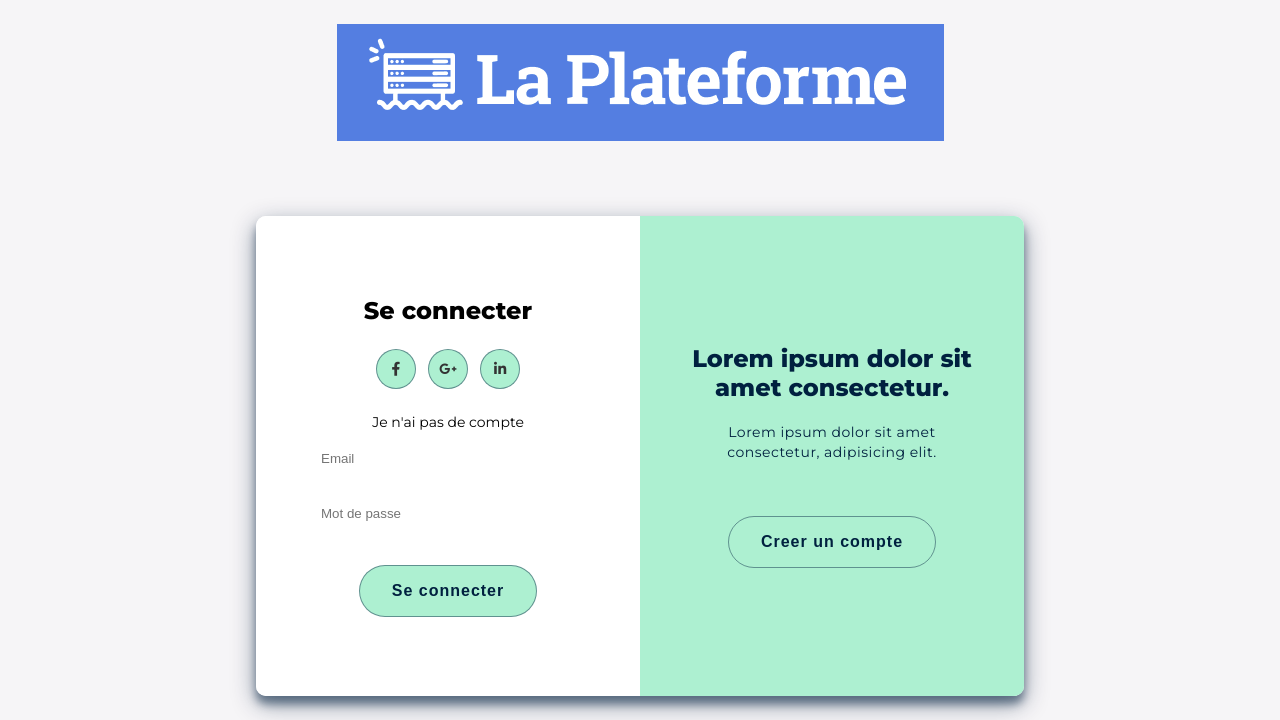
Repository: karim-sebih/runtrackJs
Page: bigjob/index.html
These files come from the project's save history. The page is drawn as it stood at one moment and after a run of saves; the edit follows.
The browser window is 1280 px wide. The pictures show the whole page.
Some web libraries are served in a nearby version.

Above is the page before, as saved 2025-03-20 11:54:07.
Console error: TypeError: Cannot read properties of null (reading 'addEventListener')

### bigjob/index.html
<!DOCTYPE html>
<html lang="fr">

<head>
	<meta charset="utf-8" />
	<title>formulaire</title>
	<link rel="stylesheet" href="./Css/index.css" />
	<link rel="stylesheet" href="https://cdnjs.cloudflare.com/ajax/libs/font-awesome/5.14.0/css/all.min.css" />
</head>

<body>
    <div class="logo" >

        <img src="/asset/logo-laplateforme-2024.png" alt="logo laplateforme">
    </div>
	<div class="container" id="container">
		<div class="form-container sign-up-container">
			<form action="#">
				<h1>Creer un compte</h1>
				<div class="social-container">
					<a href="#"><i class="fab fa-facebook-f"></i></a>
					<a href="#"><i class="fab fa-google-plus-g"></i></a>
					<a href="#"><i class="fab fa-linkedin-in"></i></a>
				</div>
				<span>Utiliser compte gmail</span>
				<input type="text" placeholder="Nom">
				<input type="email" placeholder="Email">
				<input type="password" placeholder="Mot de passe">
				<button>Creer le compte</button>
			</form>
		</div>
		<div class="form-container login-container">
			<form action="#">
				<h1>Se connecter</h1>
				<div class="social-container">
					<a href="#"><i class="fab fa-facebook-f"></i></a>
					<a href="#"><i class="fab fa-google-plus-g"></i></a>
					<a href="#"><i class="fab fa-linkedin-in"></i></a>
				</div>
				<span>Je n'ai pas de compte</span>
				<input type="email" placeholder="Email">
				<input type="password" placeholder="Mot de passe">
				<button>Se connecter</button>
			</form>
		</div>

		<div class="overlay-container">
			<div class="overlay">
				<div class="overlay-panel overlay-left">
					<h1>Lorem ipsum dolor sit amet consectetur.</h1>
					<p>Lorem ipsum dolor sit amet consectetur, adipisicing elit.</p>
					<button class="ghost" id="login">Se connecter</button>
				</div>
				<div class="overlay-panel overlay-right">
					<h1>Lorem ipsum dolor sit amet consectetur.</h1>
					<p>Lorem ipsum dolor sit amet consectetur, adipisicing elit. </p>
					<button class="ghost" id="signUp">Creer un compte</button>
				</div>
			</div>
		</div>
	</div>

	<script src="script.js" charset="utf-8"></script>
</body>

</html>

### bigjob/css/index.css
@import url('https://fonts.googleapis.com/css?family=Montserrat:400,800');

* {
	box-sizing: border-box;
	margin: 0;
	padding: 0;
}

body {
	background: #f6f5f7;
	display: flex;
	justify-content: center;
	align-items: center;
	flex-direction: column;
	font-family: 'Montserrat', sans-serif;
	height: 100vh;
}

.logo {
    display: flex;
    align-content: center;
    justify-content: center;
    margin-bottom:75px ;
}


.container{
	position: relative;
	overflow: hidden;
	min-height: 480px;
	width: 768px;
	max-width: 100%;
	background-color: #fff;
	border-radius: 10px;
	box-shadow: 0 8px 24px  rgba(0, 32, 63, .45),
		  0 8px 8px rgba(0, 32, 63, .45);
}

.form-container {
	position: absolute;
	top: 0;
	height: 100%;
	transition: .6s ease-in-out;
}

.sign-up-container {
	left: 0;
	width: 50%;
	opacity: 0;
	z-index: 1;
}

.container.panel-active .sign-up-container {
	transform: translateX(100%);
	opacity: 1;
	z-index: 5;
	animation: show .6s
}

@keyframes show {
	0%, 49.99% {
		opacity: 0;
		z-index: 1;
	}

	50%, 100% {
		opacity: 1;
		z-index: 5;
	}
}

.container.panel-active .login-container {
	transform: translateX(100%);
}

.login-container {
	left: 0;
	width: 50%;
	z-index: 2;
}

form {
	background-color: #fff;
	display: flex;
	align-items: center;
	justify-content: center;
	flex-direction: column;
	padding: 0 50px;
	height: 100%;
	text-align: center;
}

input {
	background-color: #0§8;
	border: none;
	padding: 12px 15px;
	margin: 8px 0;
	width: 100%;
}

button.ghost {
	background-color: transparent;
}

button {
	background-color: #adf0d1;
	color: #00203f;
	border: 1px solid #adf0d1;
	font-size: 16px;
	font-weight: bold;
	padding: 16px 32px;
	margin-top: 24px;
	letter-spacing: 1px;
	border-radius: 50px;
	border-color: rgba(0, 32, 63, .45);
	transition: .2s ease-in;
}

button:hover {
	cursor: pointer;
	background-color: #00203f;
	color: #adf0d1;
}

button:active {
	transform: scale(.95);
}

.social-container {
	margin: 24px 0;
}

.social-container a {
	display: inline-flex;
	justify-content: center;
	align-items: center;
	margin: 0 4px;
	height: 40px;
	width: 40px;
	border-radius: 50%;
	background-color: #adf0d1;
	border: 1px solid rgba(0, 32, 63, .45);
}

h1 {
	margin: 0;
	font-size: 24px;
}

span {
	font-size: 14px;
}

a {
	text-decoration: none;
	font-size: 14px;
	margin: 8px 0 16px;
	color: #333;
}

.overlay-container {
	position: absolute;
	top: 0;
	left: 50%;
	width: 50%;
	height: 100%;
	overflow: hidden;
	z-index: 100;
	transition: transform .6s ease-in-out;
}

.container.panel-active .overlay-container {
	transform: translateX(-100%);
}

.overlay {
	background: linear-gradient(to right, #adf0d1, #e7f0fd);
	background: #adf0d1;
	color: #00203f;
	position: relative;
	left: -100%;
	height: 100%;
	width: 200%;
	transform: translateX(0);
	transition: transform .6s ease-in-out;
}

.container.panel-active .overlay {
	transform: translateX(50%);
}

.overlay-panel {
	position: absolute;
	display: flex;
	align-items: center;
	justify-content: center;
	flex-direction: column;
	padding: 0 40px;
	text-align: center;
	top: 0;
	height: 100%;
	width: 50%;
	transform: translateX(0);
	transition: transform .6s ease-in-out;
}

.overlay-left {
	transform: translateX(-20%);
}

.container.panel-active .overlay-left {
	transform: translateX(0);
}

.overlay-right {
	right: 0;
	transform: translateX(0);
}

.container.panel-active .overlay-right {
	transform: translateX(20%);
}

p {
	font-size: 14px;
	font-weight: 100;
	line-height: 20px;
	letter-spacing: .5px;
	margin: 20px 0 30px;
}

### bigjob/js/script.js

const container = document.getElementById('container');
const loginButton = document.getElementById('connecter');
const signUpButton = document.getElementById('inscription');

signUpButton.addEventListener('click', () => {
	container.classList.add('panel-active');
})

loginButton.addEventListener('click', () => {
	container.classList.remove('panel-active');
})

After the next 7 saves:
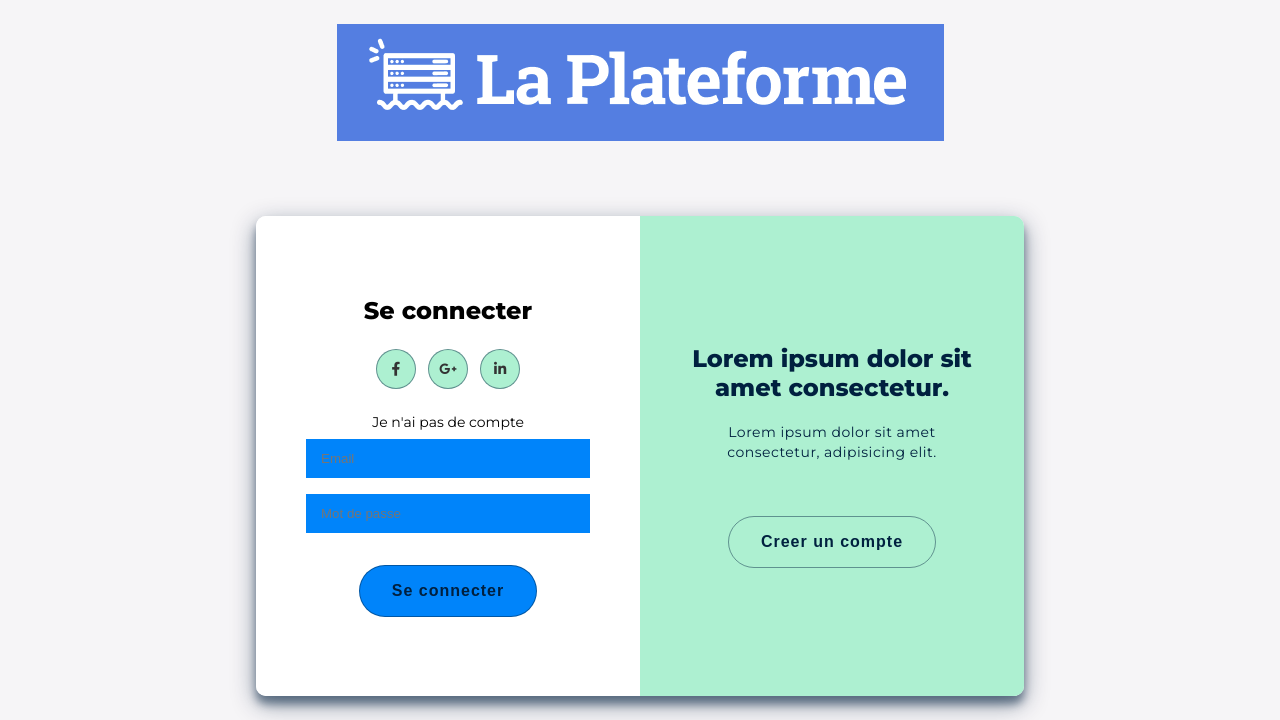
The 7 saves are shown as one change because they came seconds apart.
The last was saved 15 s later.
--- a/bigjob/css/index.css
+++ b/bigjob/css/index.css
@@ -91,7 +91,7 @@ form {
 }
 
 input {
-	background-color: #0§8;
+	background-color: #0084FA;
 	border: none;
 	padding: 12px 15px;
 	margin: 8px 0;
@@ -103,9 +103,9 @@ button.ghost {
 }
 
 button {
-	background-color: #adf0d1;
+	background-color: #0084FA;
 	color: #00203f;
-	border: 1px solid #adf0d1;
+	border: 1px solid #0084FA;
 	font-size: 16px;
 	font-weight: bold;
 	padding: 16px 32px;
